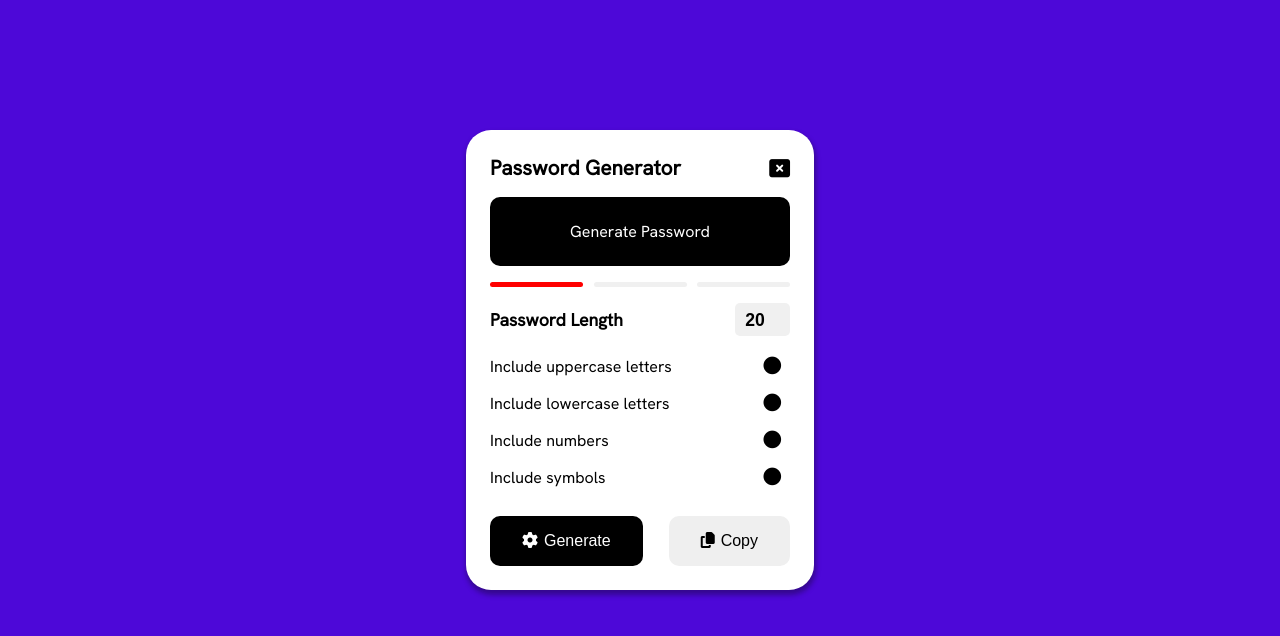
Repository: emiliaiwu/password_generator
Page: index.html
An editor plug-in stored every save of this project. The page is shown before and after a run of saves, followed by the edit.
The browser window is 1280 px wide. The pictures show the whole page.
After loading, the first visible `i.fa-solid` was clicked once.
Some web libraries are served in a nearby version.

Above is the page before, as saved 2022-12-17 21:20:19.

After the next 2 saves:
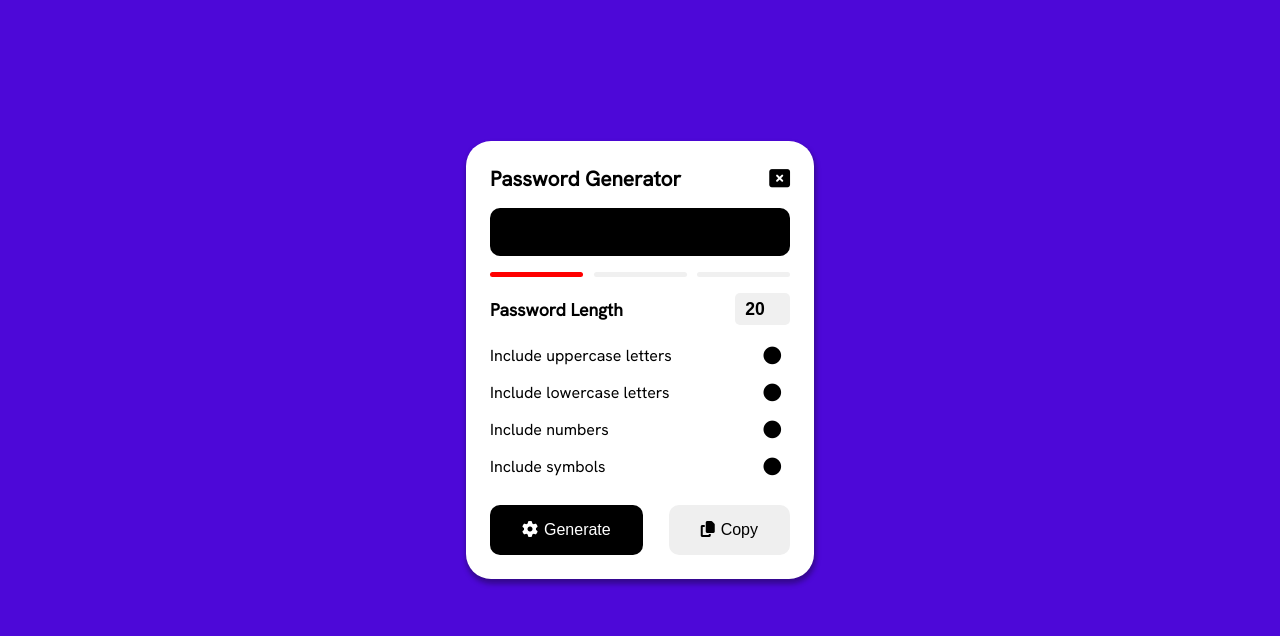
The 2 saves are shown as one change because they came seconds apart.
The last was saved 5 s later.
--- a/script.js
+++ b/script.js
@@ -18,7 +18,7 @@
 // Clear
 
 clear.addEventListener('click', () => {
-	resultEl.tex
+	resultEl.textContent = ''
 })
 
 // MIN AND MAX FUNCTIONALITY

After the save that followed:
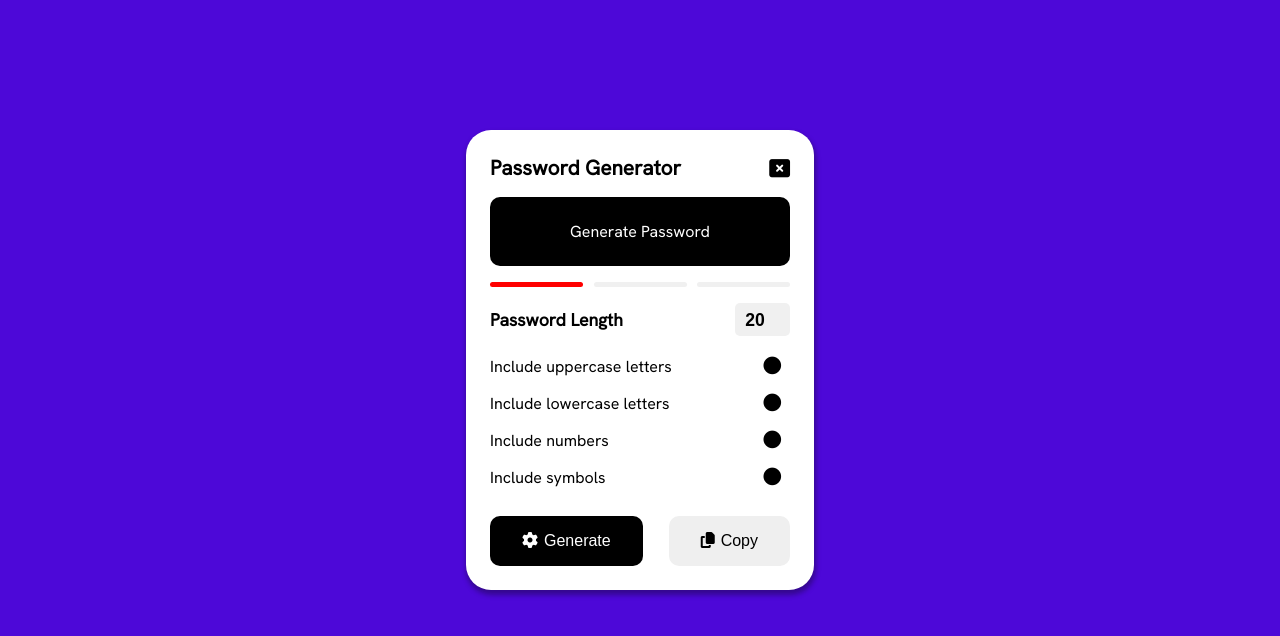
Saved 8 s later.
--- a/script.js
+++ b/script.js
@@ -18,7 +18,7 @@
 // Clear
 
 clear.addEventListener('click', () => {
-	resultEl.textContent = ''
+	resultEl.textContent = 'Generate Password'
 })
 
 // MIN AND MAX FUNCTIONALITY
